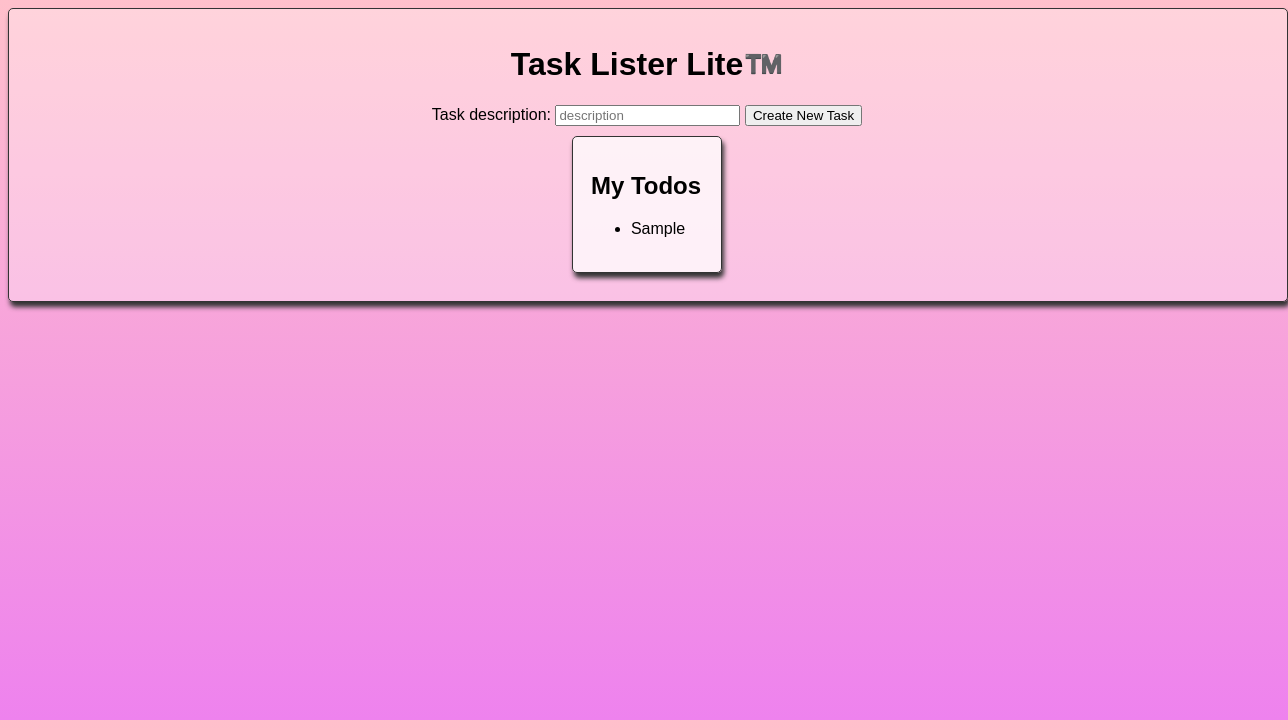
Repository: learn-co-students/jsdom-task-lister-lite-onl01-seng-pt-012120
Page: index.html
These files come from the project's save history. The page is drawn as it stood at one moment and after the next save; the edit follows.
The browser window is 1280 px wide. The page is 1288 px wide, so the pictures cover 1288 px, including what lies to the right of the window. The pictures show the whole page.
Empty fields were first filled with sample values (such as "Sample", 5 or name@example.com).
After loading, the first visible `#create-task-form` was submitted once.

Above is the page before, as saved 2020-07-28 10:35:14.

After the next save:
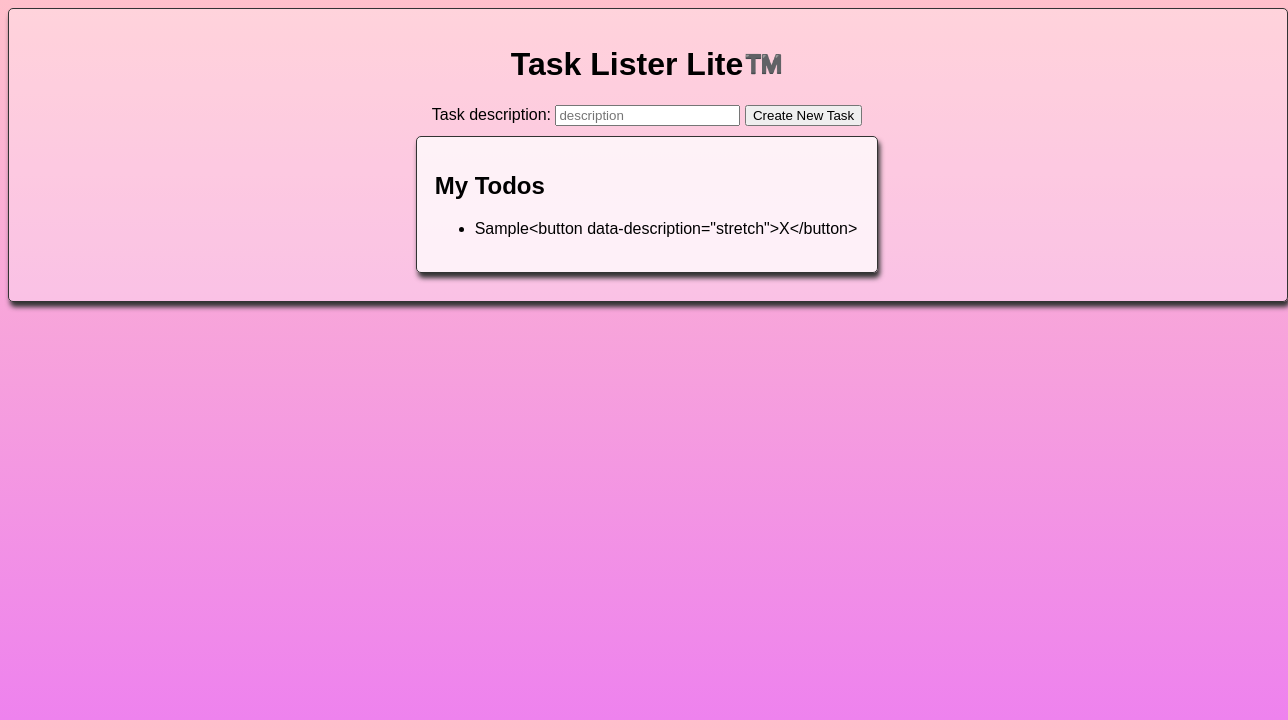
Saved 7 min 34 s later.
--- a/src/index.js
+++ b/src/index.js
@@ -17,7 +17,7 @@ document.addEventListener("DOMContentLoaded", () => {
   let addToDoTask = (task) => {
     if (task) {
       let li = document.createElement('li');
-      li.innerText = task;
+      li.innerText = task + '<button data-description="stretch">X</button>';
       tasks.appendChild(li);
     };
   };
